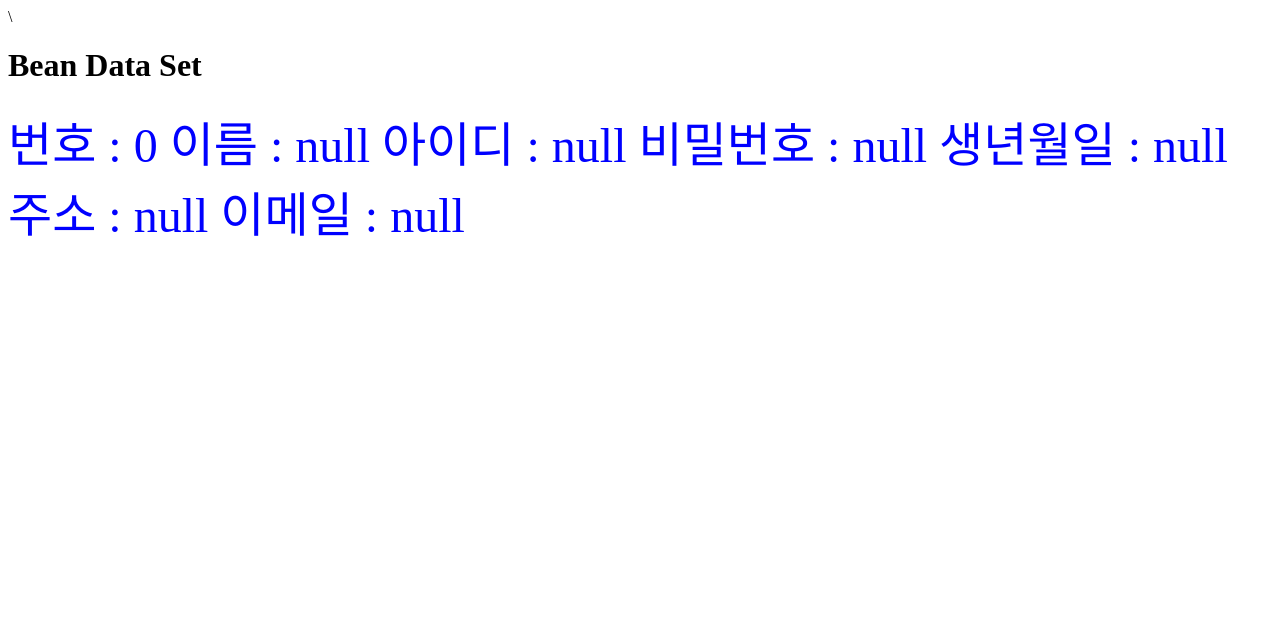
Repository: jjb5442/JSP
Page: http://localhost/06_Java_Bean_tutorial/SetJavaBean.jsp
These files come from the project's save history. The page is drawn as it stood at one moment and after the next save; the edit follows.
The browser window is 1280 px wide. The pictures show the whole page.
The page is served by Tomcat 9.

Above is the page before, as saved 2022-05-28 00:33:30.

After the next save:
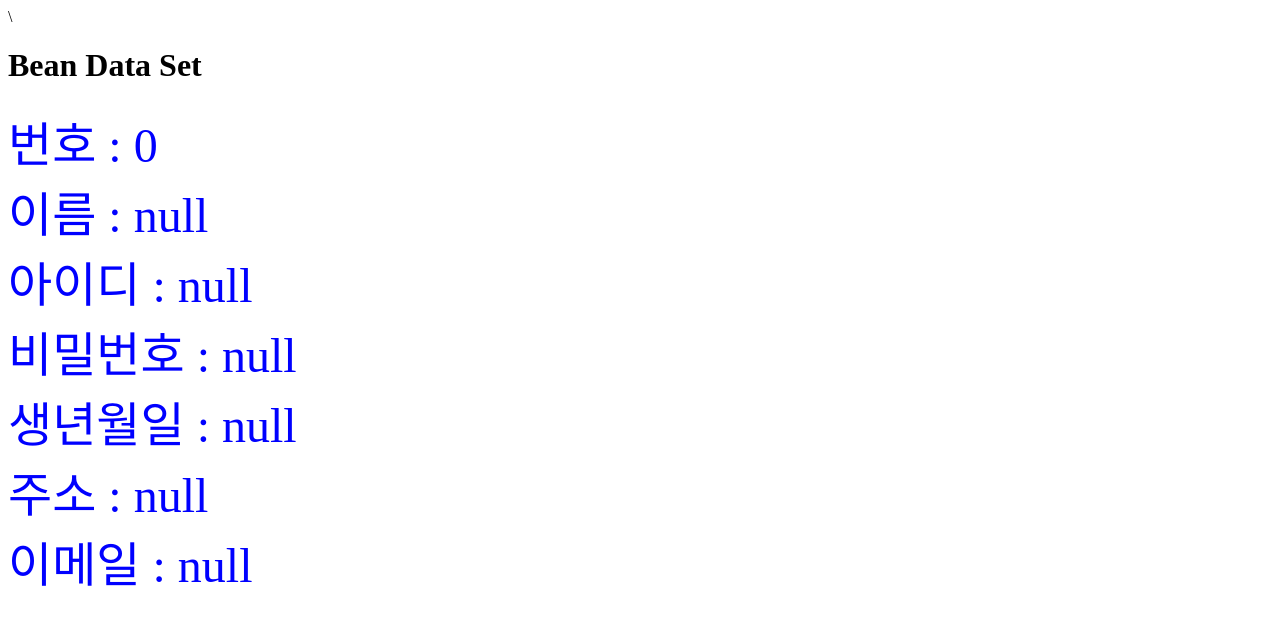
Saved 77 s later.
--- a/8Day/workspace/06_Java_Bean_tutorial/src/main/webapp/SetJavaBean.jsp
+++ b/8Day/workspace/06_Java_Bean_tutorial/src/main/webapp/SetJavaBean.jsp
@@ -12,13 +12,13 @@
 	<h1>Bean Data Set</h1>
 	<jsp:setProperty property="*" name="member"/>
 	<font size="12" color="blue">
-		번호 : 		<jsp:getProperty property="no" 			name="member"/>
-		이름 : 		<jsp:getProperty property="name" 		name="member"/>
-		아이디 : 		<jsp:getProperty property="id" 			name="member"/>
-		비밀번호 : 	<jsp:getProperty property="password" 	name="member"/>
-		생년월일 : 	<jsp:getProperty property="birthday" 	name="member"/>
-		주소 : 		<jsp:getProperty property="address" 	name="member"/>
-		이메일 : 		<jsp:getProperty property="email" 		name="member"/>
+		번호 : 		<jsp:getProperty property="no" 			name="member"/><br/>
+		이름 : 		<jsp:getProperty property="name" 		name="member"/><br/>
+		아이디 : 		<jsp:getProperty property="id" 			name="member"/><br/>
+		비밀번호 : 	<jsp:getProperty property="password" 	name="member"/><br/>
+		생년월일 : 	<jsp:getProperty property="birthday" 	name="member"/><br/>
+		주소 : 		<jsp:getProperty property="address" 	name="member"/><br/>
+		이메일 : 		<jsp:getProperty property="email" 		name="member"/><br/>
 	</font>
 </body>
 </html>
